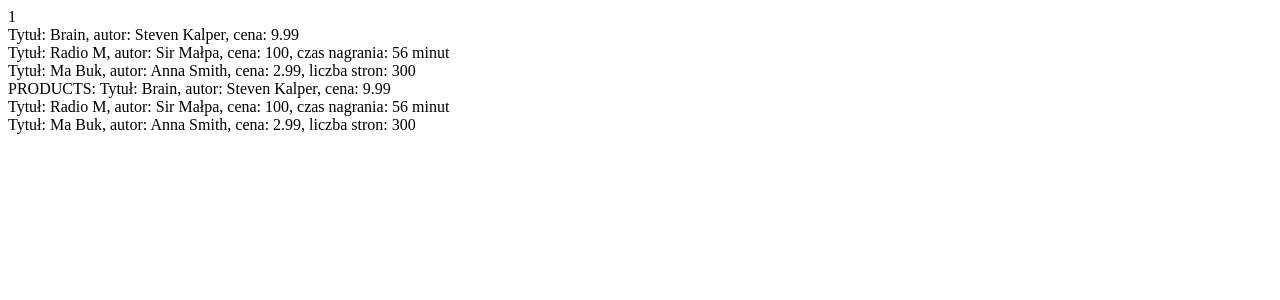
Repository: wojciechDrozd/php
Page: http://localhost/ShopProduct.php
These files come from the project's save history. The page is drawn as it stood at one moment and after the next save; the edit follows.
The browser window is 1280 px wide. The pictures show the whole page.
The page is run by PHP 8.4 with error messages shown; the project is at /var/www/html/.

Above is the page before, as saved 2017-03-04 14:22:33.

### Shop/ShopProduct.php
<?php

class ShopProduct{

	private $title;
	private $producerFirstName;
	private $producerLastName;
	protected $price;
	private $discount = 0;
	const AVAILABLE = 1;
	const OUT_OF_STOCK = 0;

	public function __construct($title, $producerFirstName, $producerLastName,$price){
		$this->title = $title;
		$this->producerFirstName = $producerFirstName;
		$this->producerLastName = $producerLastName;
		$this->price = $price;
	}

	public function getTitle(){
		return $this->title;
	}

	public function setDiscount($dis){
		$this->discount = $dis;
	}

	public function getPrice(){
		return ($this->price - $this->getDiscount());
	}

	public function getProducerFirstName(){
		return $this->producerFirstName;
	}

	public function getProducerLastName(){
		return $this->producerLastName;
	}

	public function getDiscount(){
		return $this->discount;
	}

	public function getProducer(){
		return "{$this->getProducerFirstName()} ".
		"{$this->getProducerLastName()}";
	}

	public function getSummaryLine(){
		return "Tytuł: {$this->getTitle()}, ".
		" autor: {$this->getProducer()}, ".
		"cena: {$this->getPrice()}";
	}

}
class CdProduct extends ShopProduct{
	private $playLength = 0;

	public function __construct($title, $firstName, $lastName, $price, $length){
		parent::__construct($title,$firstName,$lastName,$price);
		$this->playLength = $length;
	}

	public function getPlayLength(){
		return $this->playLength;
	}

	public function getSummaryLine(){
		return parent::getSummaryLine().", czas nagrania: {$this->getPlayLength()} minut";
	}
}
class BookProduct extends ShopProduct{

	private $numPages = 0;

	public function __construct($title,$first,$last,$price,$num){
		parent::__construct($title, $first, $last, $price);
		$this->numPages = $num;
	}

	public function getNumberOfPages(){
		return $this->numPages;
	}

	public function getSummaryLine(){
		return parent::getSummaryLine().", liczba stron: {$this->getNumberOfPages()}";
	}
}
abstract class ShopProductWriter{

	protected $products = array();

	public function addProduct(ShopProduct $shopProduct){
		$this->products[] = $shopProduct;
	}

	abstract public function write();
}
class XmlProductWriter extends ShopProductWriter{
	public function write(){
		$writer = new XMLWriter();
		$writer->openMemory();
		$writer->startDocument('1.0','UTF-8');
		$writer->startElement("products");
		foreach ($this->products as $shopProduct){
			$writer->startElement("product");
			$writer->writeAttribute("title", $shopProduct->getTitle());
			$writer->startElement("summary");
			$writer->text($shopProduct->getSummaryLine());
			$writer->endElement();//element summary
			$writer->endElement();//element product

		}

		$writer->endElement();
		$writer->endDocument();
		print $writer->flush();
	}
}
class TextProductWriter extends ShopProductWriter {
	public function write(){
		$str = "PRODUCTS:\n";
		foreach($this->products as $shopProduct){
			$str .= $shopProduct->getSummaryLine()."<br>";
		}
		print $str;
	}
}

//================================================================================================//

print ShopProduct::AVAILABLE;
print "<br>";

$shopProduct = new ShopProduct("Brain", "Steven", "Kalper", 9.99);
print "{$shopProduct->getSummaryLine()}"."<br>";

$cdProduct = new CdProduct("Radio M", "Sir", "Małpa", 100, 56);
print $cdProduct->getSummaryLine()."<br>";

$bookProduct = new BookProduct("Ma Buk", "Anna", "Smith", 2.99, 300);
print $bookProduct->getSummaryLine()."<br>";

$mywriter = new TextProductWriter();
$mywriter->addProduct($shopProduct);
$mywriter->addProduct($cdProduct);
$mywriter->addProduct($bookProduct);

$mywriter->write();


?>

After the next save:
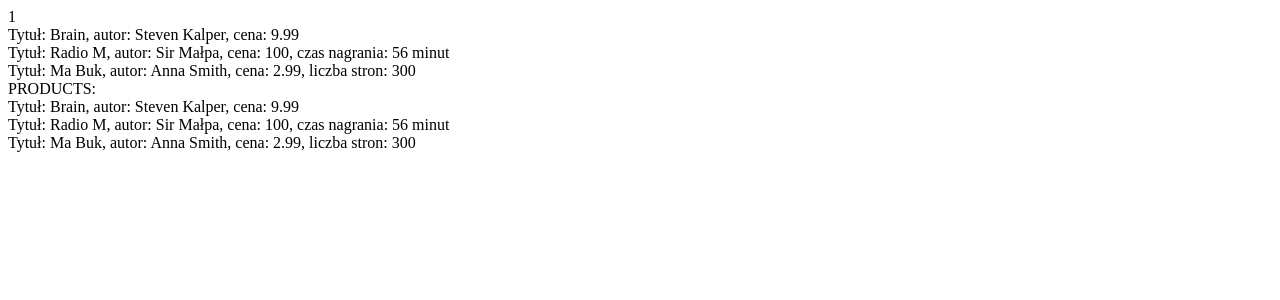
Saved 11 s later.
--- a/Shop/ShopProduct.php
+++ b/Shop/ShopProduct.php
@@ -119,7 +119,7 @@ class XmlProductWriter extends ShopProductWriter{
 }
 class TextProductWriter extends ShopProductWriter {
 	public function write(){
-		$str = "PRODUCTS:\n";
+		$str = "PRODUCTS:<br>";
 		foreach($this->products as $shopProduct){
 			$str .= $shopProduct->getSummaryLine()."<br>";
 		}
